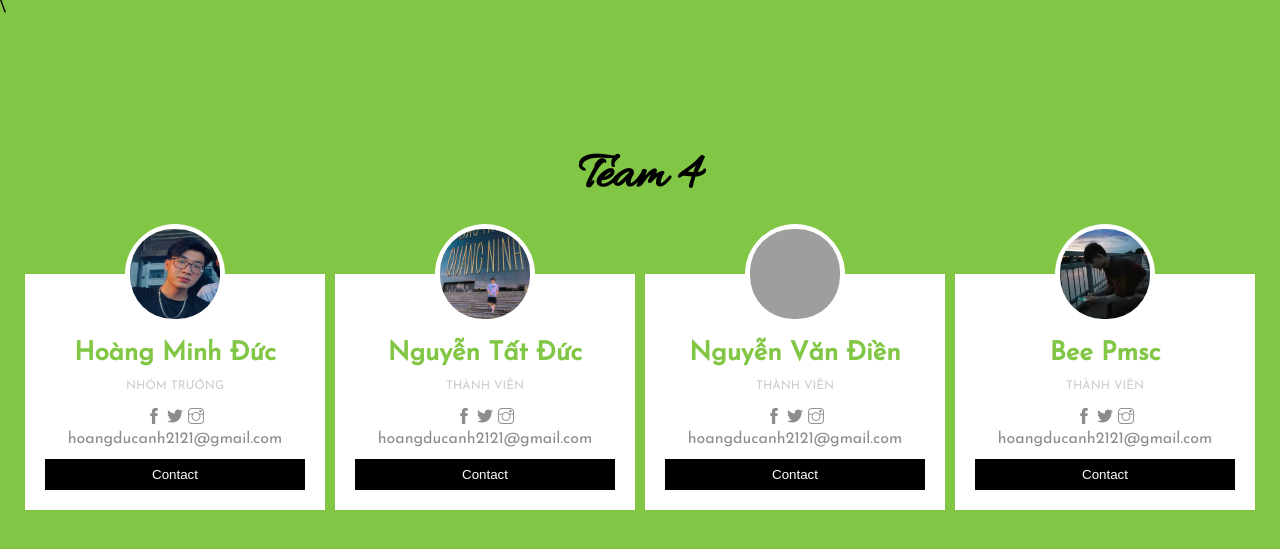
Repository: DuckyNumberONS/webcanhan
Page: index.html
The author's editor kept a copy of each file at every save. The page is drawn from the files as they stood at one save, then again after the next save.
The browser window is 1280 px wide. The pictures show the whole page.
Pictures or frames that could not be fetched are drawn as grey boxes.

Above is the page before, as saved 2022-10-03 07:56:03.

### index.html
<!DOCTYPE html>
<html lang="en">
  <head>
    <meta charset="UTF-8" />
    <title>Our Team Section</title>
    <link rel="stylesheet" href="styles.css" />
    \
    <link rel="stylesheet" href="/themify-icons/themify-icons.css" />
  </head>
  <body>
    <div class="wrapper">
      <h1>Team 4</h1>
      <div class="team">
        <div class="team_member">
          <div class="team_img">
            <img src="team1.png" alt="Team_image" />
          </div>
          <h3>Hoàng Minh Đức</h3>
          <p class="role">Nhóm trưởng</p>
          <div class="mxh">
            <i class="icon-nav ti-facebook"><a href="#"></a></i>
            <i class="icon-nav ti-twitter-alt"><a href="#"></a></i>
            <i class="icon-nav ti-instagram"><a href="#"></a></i>
          </div>
          <p>hoangducanh2121@gmail.com</p>
          <p>
            <button class="button"><a href="#"></a>Contact</button>
          </p>
        </div>
        <div class="team_member">
          <div class="team_img">
            <img src="team2.jpg" alt="Team_image" />
          </div>
          <h3>Nguyễn Tất Đức</h3>
          <p class="role">Thành Viên</p>
          <div class="mxh">
            <i class="icon-nav ti-facebook"><a href="#"></a></i>
            <i class="icon-nav ti-twitter-alt"><a href="#"></a></i>
            <i class="icon-nav ti-instagram"><a href="#"></a></i>
          </div>
          <p>hoangducanh2121@gmail.com</p>
          <p>
            <button class="button"><a href="#"></a>Contact</button>
          </p>
        </div>
        <div class="team_member">
          <div class="team_img">
            <img src="team2.png" alt="Team_image" />
          </div>
          <h3>Nguyễn Văn Điền</h3>
          <p class="role">Thành Viên</p>
          <div class="mxh">
            <i class="icon-nav ti-facebook"><a href="#"></a></i>
            <i class="icon-nav ti-twitter-alt"><a href="#"></a></i>
            <i class="icon-nav ti-instagram"><a href="#"></a></i>
          </div>
          <p>hoangducanh2121@gmail.com</p>
          <p>
            <button class="button"><a href="#"></a>Contact</button>
          </p>
        </div>
        <div class="team_member">
          <div class="team_img">
            <img src="team3.jpg" alt="Team_image" />
          </div>
          <h3>Bee Pmsc</h3>
          <p class="role">Thành Viên</p>
          <div class="mxh">
            <i class="icon-nav ti-facebook"><a href="#"></a></i>
            <i class="icon-nav ti-twitter-alt"><a href="#"></a></i>
            <i class="icon-nav ti-instagram"><a href="#"></a></i>
          </div>
          <p>hoangducanh2121@gmail.com</p>
          <p>
            <button class="button"><a href="#"></a>Contact</button>
          </p>
        </div>
      </div>
    </div>
  </body>
</html>

### styles.css
@import url('https://fonts.googleapis.com/css?family=Allura|Josefin+Sans');

*{
  margin: 0;
  padding: 0;
  box-sizing: border-box;
}

body{
  background: #81c644;
  font-family: 'Josefin Sans', sans-serif;
}

.wrapper{
  margin-top: 10%;
}

.wrapper h1{
  font-family: 'Allura', cursive;
  font-size: 52px;
  margin-bottom: 60px;
  text-align: center;
}

.team{
  display: flex;
  justify-content: center;
  width: auto;
  text-align: center;
  flex-wrap: wrap;
}

.team .team_member{
  background: #fff;
  margin: 5px;
  margin-bottom: 50px;
  width: 300px;
  padding: 20px;
  line-height: 20px;
  color: #8e8b8b;
  position: relative;
}

.team .team_member h3{
  color: #81c644;
  font-size: 26px;
  margin-top: 50px;
}

.team .team_member p.role{
  color: #ccc;
  margin: 12px 0;
  font-size: 12px;
  text-transform: uppercase;
}

.team .team_member .team_img{
  position: absolute;
  top: -50px;
  left: 50%;
  transform: translateX(-50%);
  width: 100px;
  height: 100px;
  border-radius: 50%;
  background: #fff;
}
.team_img>img{
  border-radius:3em ;
}
.team .team_member .team_img img{
  width: 100px;
  height: 100px;
  padding: 5px;
}
.button {
  margin-top: 10px;
  border: none;
  outline: 0;
  display: inline-block;
  padding: 8px;
  color: white;
  background-color: #000;
  text-align: center;
  cursor: pointer;
  width: 100%;

}

.button:hover {
  background-color: #555;
}

Loaded but not shown: themify-icons/themify-icons.css (common file)

After the next save:
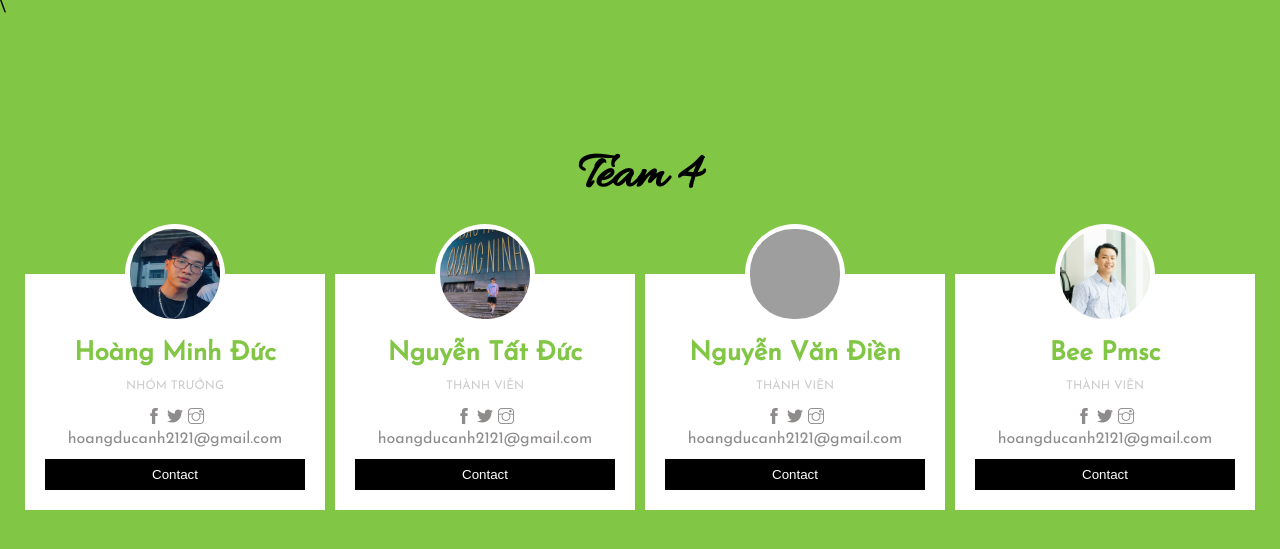
Saved 58 s later.
--- a/index.html
+++ b/index.html
@@ -61,7 +61,7 @@
         </div>
         <div class="team_member">
           <div class="team_img">
-            <img src="team3.jpg" alt="Team_image" />
+            <img src="team4.jpg" alt="Team_image" />
           </div>
           <h3>Bee Pmsc</h3>
           <p class="role">Thành Viên</p>

After the 2 saves that followed:
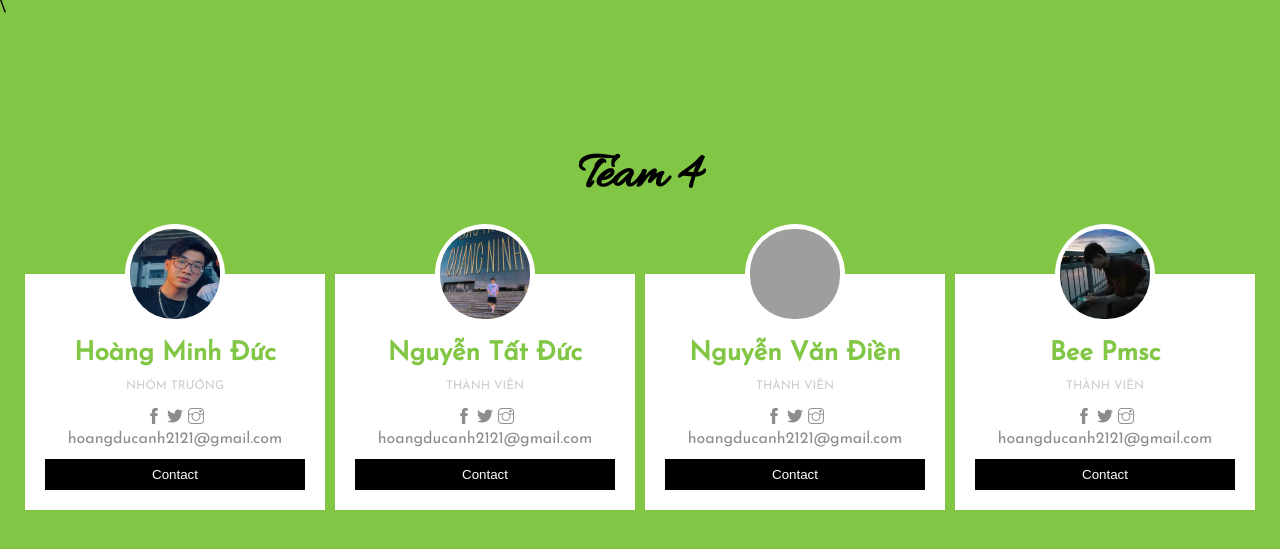
The 2 saves are shown as one change because they came seconds apart.
The last was saved 13 s later.
--- a/index.html
+++ b/index.html
@@ -61,7 +61,7 @@
         </div>
         <div class="team_member">
           <div class="team_img">
-            <img src="team4.jpg" alt="Team_image" />
+            <img src="team3.jpg" alt="Team_image" />
           </div>
           <h3>Bee Pmsc</h3>
           <p class="role">Thành Viên</p>
